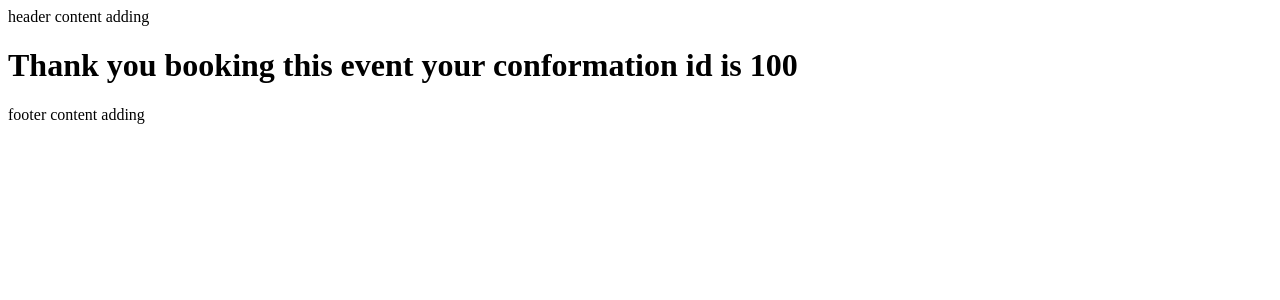
Repository: manikantakuchipudi/streamvedio
Page: http://localhost/CostEstimator/jsp/thankyou.jsp
These files come from the project's save history. The page is drawn as it stood at one moment and after the next save; the edit follows.
The browser window is 1280 px wide. The pictures show the whole page.
The page is served by Tomcat 9.

Above is the page before, as saved 2014-08-10 10:08:56.

After the next save:
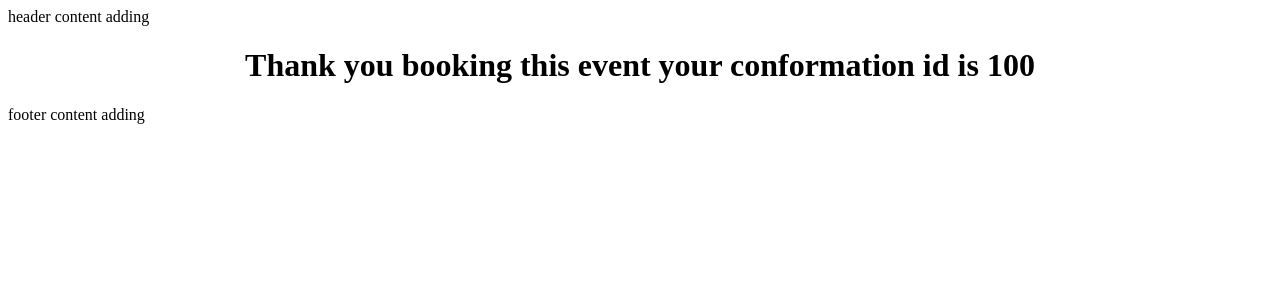
Saved 27 s later.
--- a/CostEstimator/WebContent/jsp/thankyou.jsp
+++ b/CostEstimator/WebContent/jsp/thankyou.jsp
@@ -9,12 +9,13 @@
 <title>Insert title here</title>
 </head>
 <body>
+<center>
 <h1>
 
 Thank you booking this event your conformation id is 100
 
 </h1>
+</center>
 </body>
 </html>
-
-<jsp:include page="footer.jsp"></jsp:include>
+ <jsp:include page="footer.jsp"></jsp:include>
